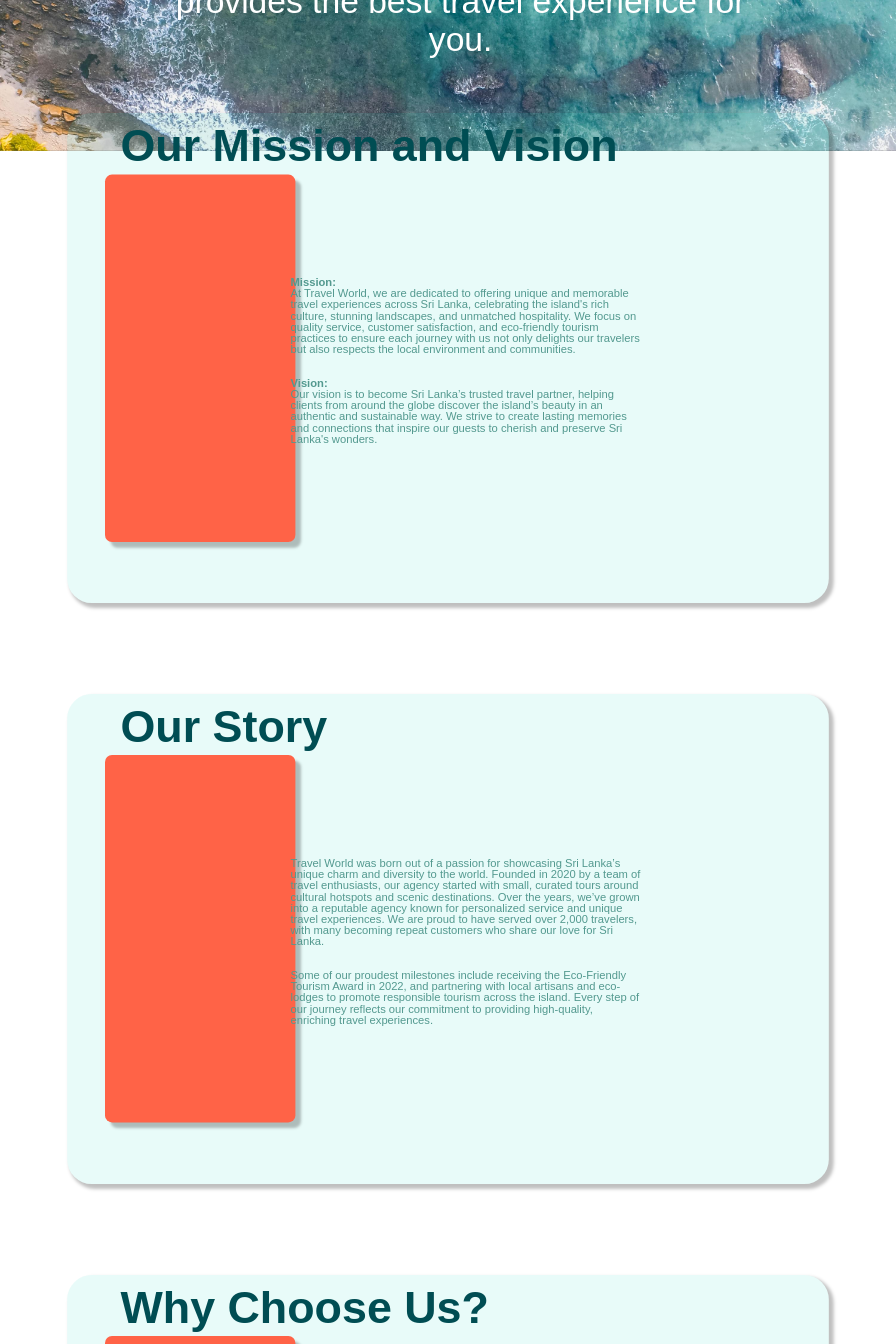
Repository: Haakim19/TavelWorld
Page: HTML/Aboutus.html
These files come from the project's save history. The page is drawn as it stood at one moment and after the next save; the edit follows.
The browser window is 1280 px wide. The pictures show the part of the page from y = 468 to 2388 px (the page is 5265 px tall), at 70% of full size.
Some web fonts or font styles are not loaded; a fallback is used.

Above is the page before, as saved 2024-11-03 15:59:37.

After the next save:
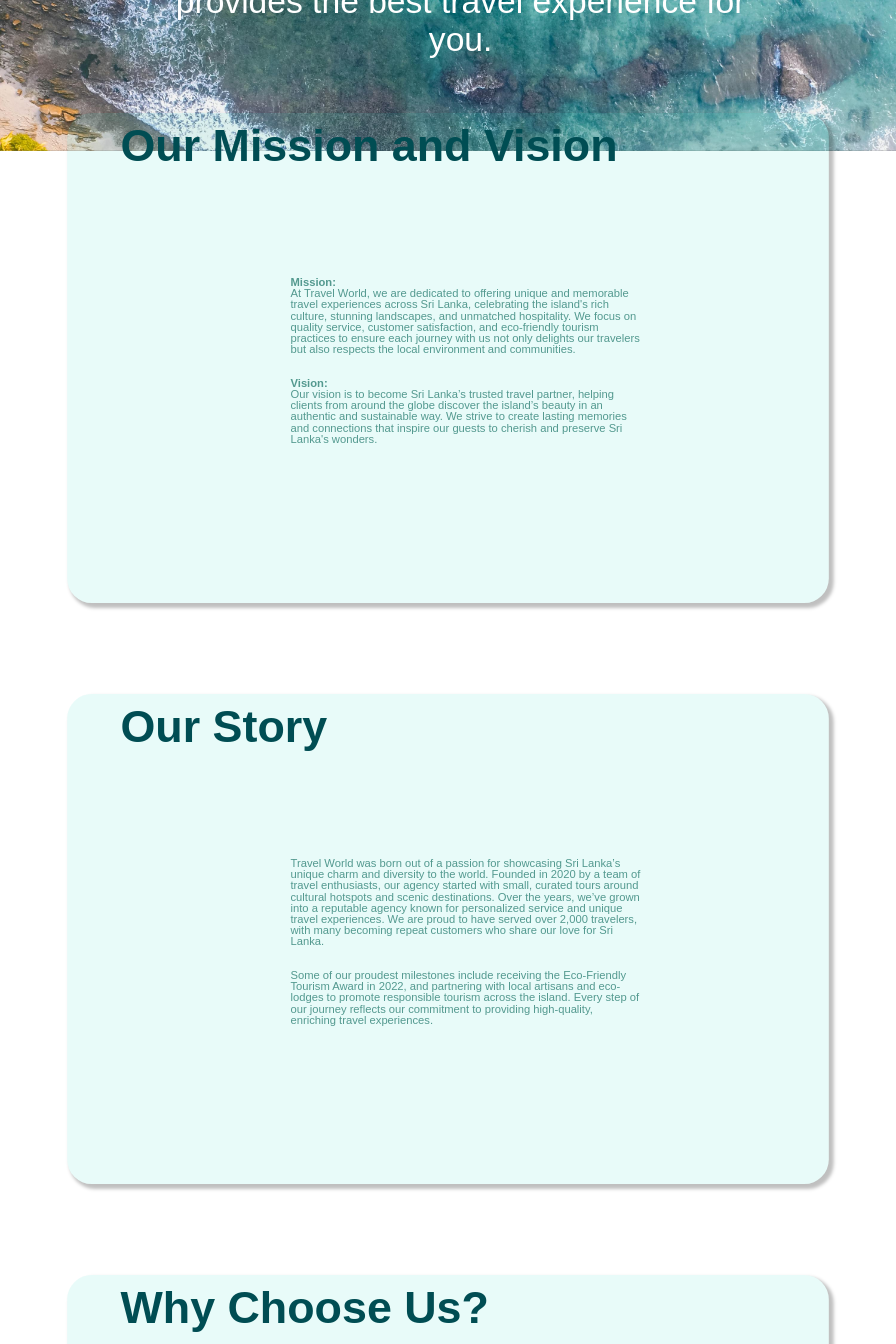
Saved 18 s later.
--- a/CSS/Aboutus.css
+++ b/CSS/Aboutus.css
@@ -95,6 +95,7 @@
     opacity: 1;
     border-radius:10px
 }
+.cont1
 .cont1 .box{
     position:absolute;
     background-color:tomato;

After the save that followed:
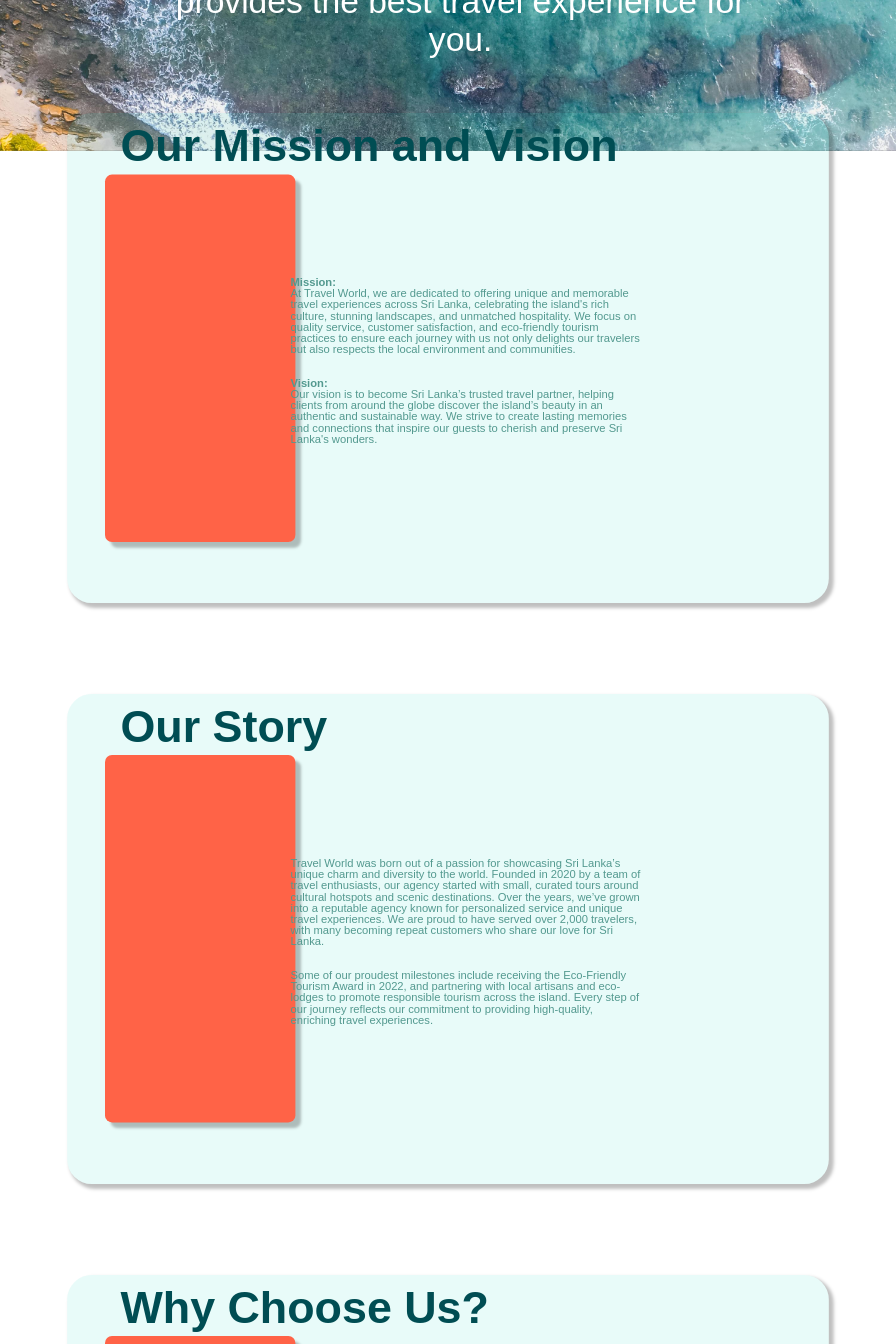
Saved 10 s later.
--- a/CSS/Aboutus.css
+++ b/CSS/Aboutus.css
@@ -95,7 +95,9 @@
     opacity: 1;
     border-radius:10px
 }
-.cont1
+.cont1{
+    gap: 2vw;
+}
 .cont1 .box{
     position:absolute;
     background-color:tomato;
